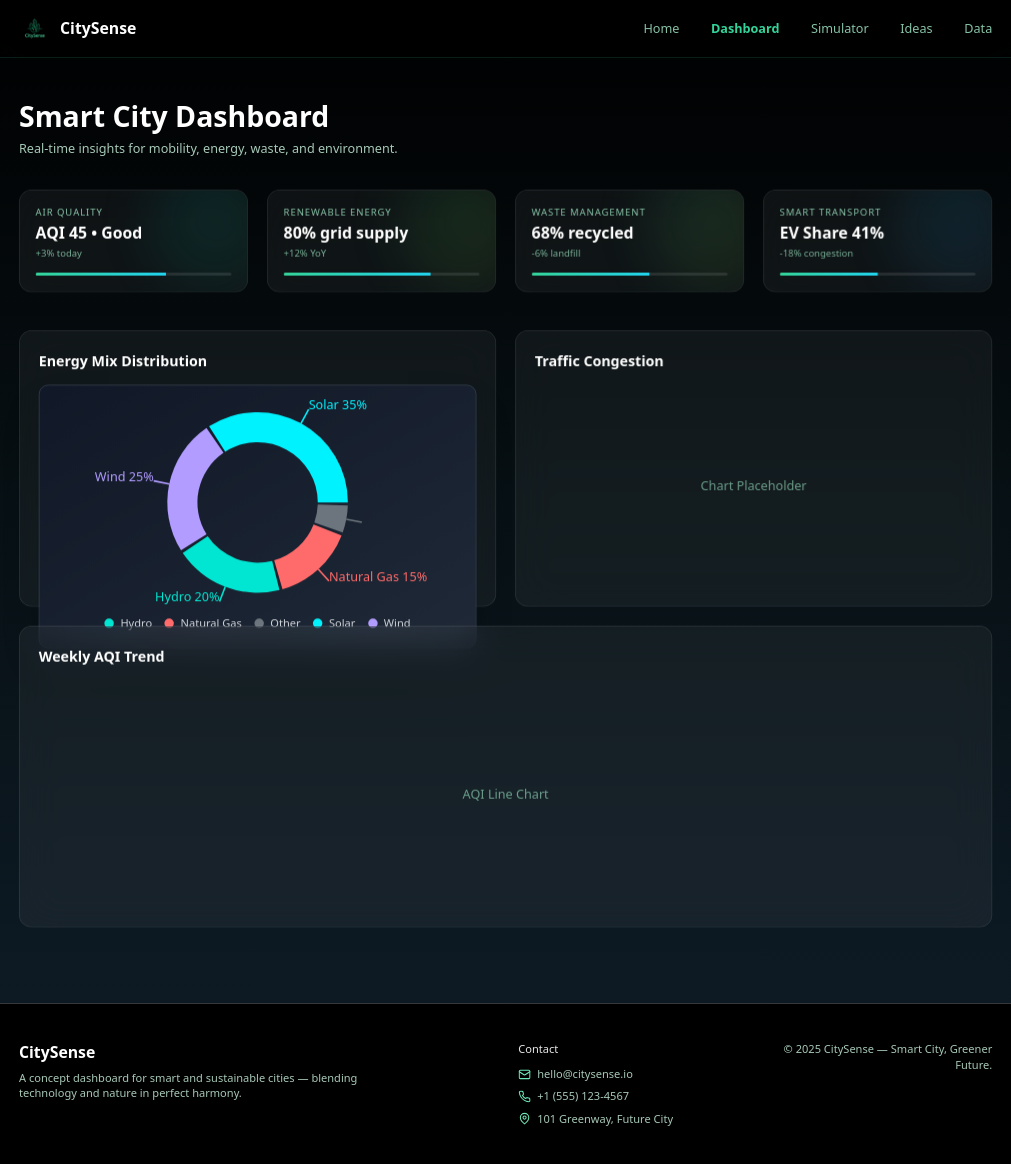
Repository: crashyet/CitySense
Page: /dashboard
The author's editor kept a copy of each file at every save. The page is drawn from the files as they stood at one save, then again after a run of saves.
The browser window is 1280 px wide. The pictures show the whole page, at 79% of full size.
The project was rebuilt for these pictures with package versions that can differ from the ones it lists, and the page was loaded fresh each time. Also part of the build but not shown: vite.config.js, src/pages/landing/Hero.jsx, src/pages/landing/DashboardPreview.jsx, src/pages/landing/Infographic.jsx, src/pages/landing/Community.jsx, src/pages/landing/index.jsx, src/pages/Simulator/index.jsx, src/pages/Ideas/index.jsx and 1 more.

Above is the page before, as saved 2025-11-16 23:27:21.

After the next 2 saves:
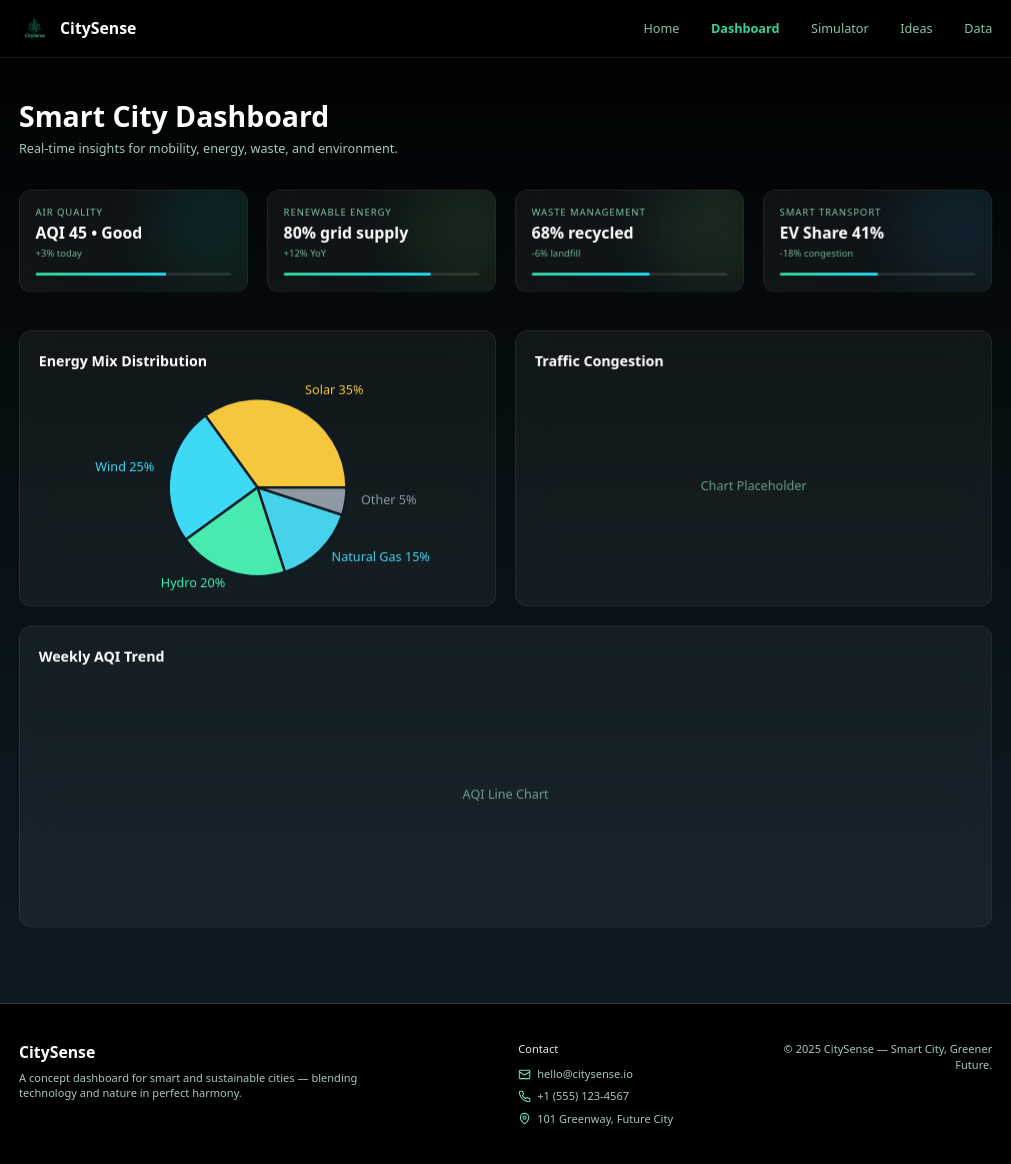
The 2 saves are shown as one change because they came seconds apart.
The last was saved 37 s later.
--- a/src/components/EnergyPieChart.jsx
+++ b/src/components/EnergyPieChart.jsx
@@ -1,92 +1,51 @@
-import { PieChart, Pie, Cell, Tooltip, ResponsiveContainer, Legend } from "recharts";
+import { PieChart, Pie, Cell, Tooltip, ResponsiveContainer } from "recharts";
 
 const data = [
-  { name: "Solar", value: 35, color: "#00f2fe", lightColor: "rgba(0, 242, 254, 0.1)" },
-  { name: "Wind", value: 25, color: "#b29cff", lightColor: "rgba(178, 156, 255, 0.1)" },
-  { name: "Hydro", value: 20, color: "#00e6d2", lightColor: "rgba(0, 230, 209, 0.1)" },
-  { name: "Natural Gas", value: 15, color: "#ff6b6b", lightColor: "rgba(255, 107, 107, 0.1)" },
-  { name: "Other", value: 5, color: "#6c757d", lightColor: "rgba(108, 117, 125, 0.1)" },
+  { name: "Solar", value: 35, color: "hsl(45 90% 60%)" },
+  { name: "Wind", value: 25, color: "hsl(189 90% 60%)" },
+  { name: "Hydro", value: 20, color: "hsl(158 80% 60%)" },
+  { name: "Natural Gas", value: 15, color: "hsl(189 80% 60%)" },
+  { name: "Other", value: 5, color: "hsl(210 10% 60%)" },
 ];
 
 export default function EnergyPieChart() {
   return (
-    <div className="p-4 bg-gradient-to-br from-gray-900 to-gray-800 rounded-xl shadow-2xl border border-gray-700">
-      {/* Judul Grafik */}
+    <div className="w-full h-[260px] flex items-center justify-center">
+      <ResponsiveContainer width="100%" height="100%">
+        <PieChart>
+          <Pie
+            data={data}
+            dataKey="value"
+            nameKey="name"
+            cx="50%"
+            cy="50%"
+            outerRadius="90%"
+            stroke="#0d1a24"     // darker outline → modern look
+            strokeWidth={3}
+            paddingAngle={0}     // spacing antar sektor (lebih elegan)
+            label={({ name, value }) => `${name} ${value}%`}
+            labelLine={false}    // tanpa garis — lebih bersih
+          >
+            {data.map((entry, index) => (
+              <Cell key={index} fill={entry.color} />
+            ))}
+          </Pie>
 
-
-      <div className="w-full h-[300px] flex items-center justify-center">
-        <ResponsiveContainer width="100%" height="100%">
-          <PieChart>
-            <Pie
-              data={data}
-              dataKey="value"
-              nameKey="name"
-              cx="50%"
-              cy="50%"
-              innerRadius="60%"    // Efek donat yang lebih lebar
-              outerRadius="90%"
-              stroke="rgba(255,255,255,0.1)"
-              strokeWidth={2}
-              paddingAngle={2}
-              label={({ name, percent }) => {
-                const formattedPercent = (percent * 100).toFixed(0);
-                return formattedPercent > 5 ? `${name}\n${formattedPercent}%` : null; // Hanya tampilkan label jika cukup besar
-              }}
-              labelLine={true}    // Garis label tetap aktif untuk keterbacaan
-              labelStyle={{ fill: '#e2e8f0', fontSize: 12, fontWeight: 'bold', stroke: 'none' }}
-            >
-              {data.map((entry, index) => (
-                <Cell
-                  key={`cell-${index}`}
-                  fill={entry.color}
-                  stroke="none"
-                  style={{ outline: 'none' }}
-                />
-              ))}
-            </Pie>
-
-            {/* Tooltip Modern */}
-            <Tooltip
-              contentStyle={{
-                background: "rgba(15, 23, 42, 0.9)", // Biru gelap transparan
-                border: "1px solid rgba(56, 189, 248, 0.3)",
-                backdropFilter: "blur(8px)",
-                color: "#e2e8f0",
-                borderRadius: "8px",
-                padding: "10px",
-                fontSize: "13px",
-                boxShadow: "0 4px 12px rgba(0,0,0,0.2)",
-              }}
-              itemStyle={{ color: "#00f2fe" }}
-              formatter={(value) => [`${value}%`, 'Energi']}
-              labelStyle={{ color: "#b29cff", fontWeight: 'bold' }}
-            />
-
-            {/* Legenda di samping grafik (opsional, bisa dipindahkan ke bawah) */}
-            <Legend
-              layout="horizontal"
-              verticalAlign="bottom"
-              align="center"
-              content={(props) => {
-                const { payload } = props;
-                return (
-                  <ul className="flex flex-wrap justify-center gap-4 mt-4">
-                    {payload.map((entry, index) => (
-                      <li key={`item-${index}`} className="flex items-center">
-                        <span
-                          className="w-3 h-3 rounded-full mr-2"
-                          style={{ backgroundColor: entry.color }}
-                        ></span>
-                        <span className="text-gray-300 text-sm">{entry.value}</span>
-                      </li>
-                    ))}
-                  </ul>
-                );
-              }}
-            />
-          </PieChart>
-        </ResponsiveContainer>
-      </div>
+          {/* Tooltip modern dengan glassmorphism */}
+          <Tooltip
+            contentStyle={{
+              background: "rgba(0,0,0,0.4)",
+              border: "1px solid rgba(255,255,255,0.15)",
+              backdropFilter: "blur(6px)",
+              color: "#fff",
+              borderRadius: "10px",
+              padding: "8px 12px",
+              fontSize: "14px",
+            }}
+            itemStyle={{ color: "#fff" }}
+          />
+        </PieChart>
+      </ResponsiveContainer>
     </div>
   );
 }
